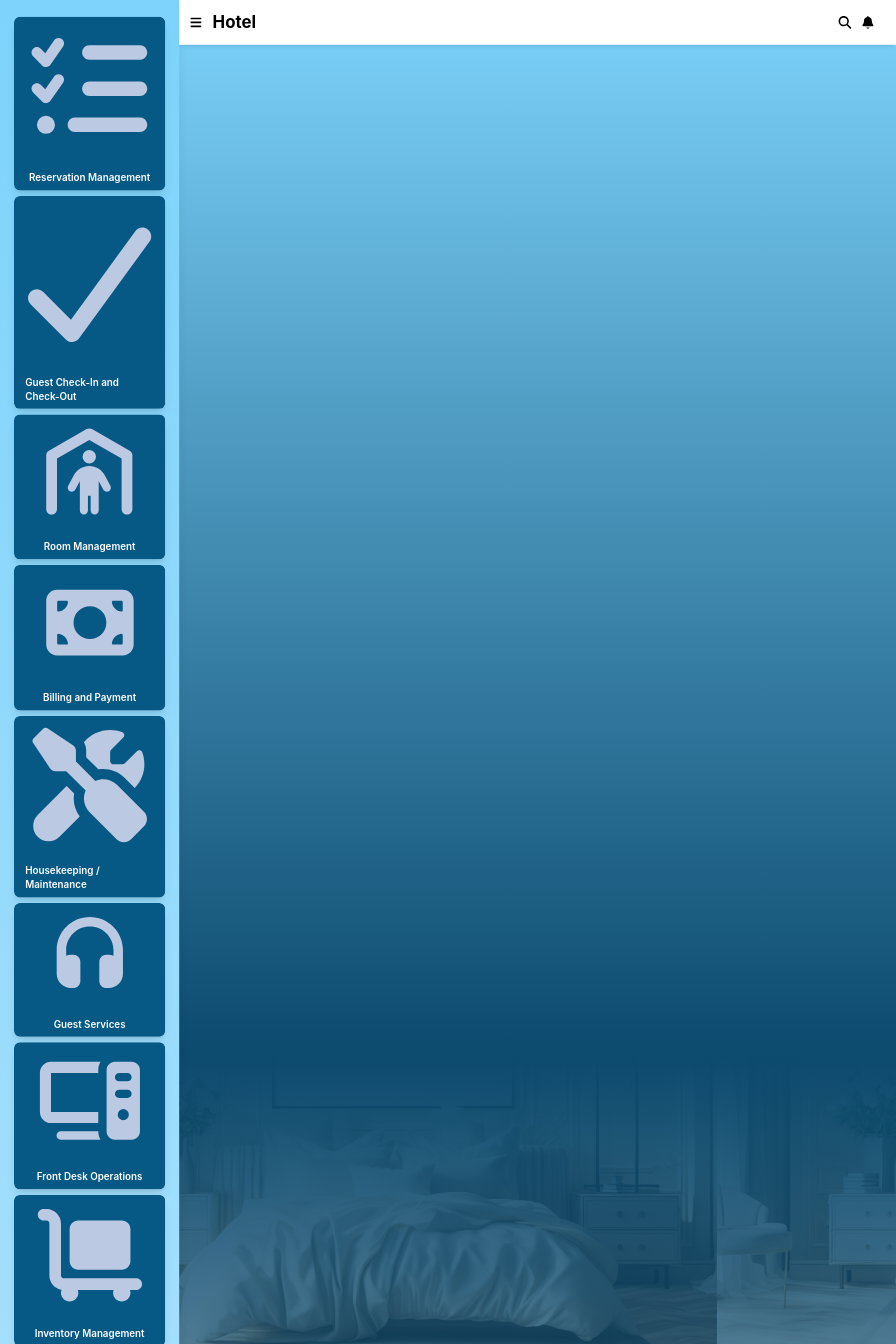
Repository: musabismael/Hotel
Page: /
An editor plug-in stored every save of this project. The page is shown before and after a run of saves, followed by the edit.
The browser window is 1280 px wide. The pictures show the part of the page from y = 0 to 1920 px (the page is 3016 px tall before and 3172 px after), at 70% of full size.
The project was rebuilt for these pictures with package versions that can differ from the ones it lists, and the page was loaded fresh each time. Also part of the build but not shown: vite.config.js, src/App.css, src/pages/ReservationManagement.jsx, src/pages/GuestCheckInOut.jsx, src/pages/RoomManagement.jsx, src/pages/BillingPayment.jsx, src/pages/HousekeepingMaintenance.jsx, src/pages/GuestServices.jsx and 6 more.

Above is the page before, as saved 2023-10-01 19:17:49.

### index.html
<!doctype html>
<html lang="en">
  <head>
    <meta charset="UTF-8" />
    <link rel="icon" type="image/svg+xml" href="/vite.svg" />
    <meta name="viewport" content="width=device-width, initial-scale=1.0" />
    <title>Hotel</title>
  </head>
  <body>
    <div id="root"></div>
    <script type="module" src="/src/main.jsx"></script>
  </body>
</html>

### src/App.jsx
import "./App.css";
import { createBrowserRouter } from "react-router-dom";
import { RouterProvider } from "react-router";
import LandingPageLayout from "./layouts/LandingPageLayout";
import ReservationManagement from "./pages/ReservationManagement";
import GuestCheckInOut from "./pages/GuestCheckInOut";
import RoomManagement from "./pages/RoomManagement";
import BillingPayment from "./pages/BillingPayment";
import HousekeepingMaintenance from "./pages/HousekeepingMaintenance";
import GuestServices from "./pages/GuestServices";
import FrontDeskOperations from "./pages/FrontDeskOperations";
import InventoryManagement from "./pages/InventoryManagement";
import ReportingAnalytics from "./pages/ReportingAnalytics";
import SecurityAccessControl from "./pages/SecurityAccessControl";
import PointOfSale from "./pages/PointOfSale";
import CRM from "./pages/CRM"; // Import the CRM component
const router = createBrowserRouter([
  {
    path: "/",
    element: <LandingPageLayout />,
    children: [
      {
        path: "/reservation_management",
        element: <ReservationManagement />,
      },
      {
        path: "/guestCheckInOut",
        element: <GuestCheckInOut />,
      },
      {
        path: "/billing_and_payment",
        element: <BillingPayment />,
      },
      {
        path: "/room_management",
        element: <RoomManagement />,
      },
      {
        path: "/housekeeping_maintenance",
        element: <HousekeepingMaintenance />,
      },
      {
        path: "/guest_services",
        element: <GuestServices />,
      }, {
        path: "/desk_operations",
        element: <FrontDeskOperations />,
      }, {
        path: "/security_control",
        element: <SecurityAccessControl />,
      },
      {
        path: "/reporting_and_analytics",
        element: <ReportingAnalytics />,
      }, {
        path: "/inventory_management",
        element: <InventoryManagement />,
      },
      {
        path: "/pos",
        element: <PointOfSale />,
      },
      {
        path: "/crm",
        element: <CRM />,
      },
    ],
  },
]);

const App = () => <RouterProvider router={router} />;
export default App;

### src/index.css
@tailwind base;
@tailwind components;
@tailwind utilities;

:root {
  font-family: Inter, system-ui, Avenir, Helvetica, Arial, sans-serif;
  line-height: 1.5;
  font-weight: 400;
  background-image: url("cover.jpeg"), url("cover.jpeg");
  background-color:#397398;

  font-synthesis: none;
  text-rendering: optimizeLegibility;
  -webkit-font-smoothing: antialiased;
  -moz-osx-font-smoothing: grayscale;
  -webkit-text-size-adjust: 100%;
}

### src/layouts/LandingPageLayout.jsx
import { Outlet } from "react-router";
import Header from "../component/Header";
import Sidebar from "../component/Sidebar";
const LandingPageLayout = () => {
  return (
    <div className="flex bg-gradient-to-b from-sky-300 via-sky-900">
      <Sidebar />

      <div className="flex-1">
        <Header />
        <main className="p-4">
          <Outlet />
        </main>
      </div>
    </div>
  );
};

export default LandingPageLayout;

### src/component/Header.jsx
import { FontAwesomeIcon } from "@fortawesome/react-fontawesome";
import { faBars, faBell, faSearch } from "@fortawesome/free-solid-svg-icons";

function Header() {
  return (
    <header className="bg-white shadow-md p-4 flex justify-between items-center sticky top-0 w-full  ">
      <div className="flex items-center">
        <FontAwesomeIcon
          icon={faBars}
          className="text-black mr-4 text-lg color"
        />
        <h1 className="text-2xl font-bold text-black">Hotel</h1>
      </div>
      <div className="flex items-center">
        <FontAwesomeIcon icon={faSearch} className="text-black text-lg mr-4" />
        <FontAwesomeIcon icon={faBell} className="text-black text-lg mr-4" />

        {/* Add other icons or elements on the right side here */}
      </div>
    </header>
  );
}

export default Header;

### src/component/Sidebar.jsx
import Card from "./Card";
import {
  faPersonShelter,
  faListCheck,
  faCheck,
  faMoneyBill,
  faScrewdriverWrench,
  faHeadphones,
  faComputer,
  faCartFlatbed,
  faPersonMilitaryPointing,
  faChartBar,
  faKey,
  faBookmark,
} from "@fortawesome/free-solid-svg-icons";

const Sidebar = () => {
  const cardData = [
    {
      id: 1,
      title: "Reservation Management",
      description:
        "Online booking, availability calendar, and booking modification.",
      icon: faListCheck,
      link: "/reservation_management",
    },
    {
      id: 2,
      title: "Guest Check-In and Check-Out",
      description: "Guest registration, check-out, and key card issuance.",
      icon: faCheck,
      link: "/GuestCheckInOut",
    },
    {
      id: 3,
      title: "Room Management",
      description: "Room assignment, status updates, and inventory tracking.",
      icon: faPersonShelter,
      link: "/room_Management",
    },
    {
      id: 4,
      title: "Billing and Payment",
      description: "Invoicing, payment processing, and split billing.",
      icon: faMoneyBill,
      link: "/billing_and_payment",
    },
    {
      id: 5,
      title: "Housekeeping / Maintenance",
      description:
        "Housekeeping schedule, maintenance requests, and inventory management.",
      icon: faScrewdriverWrench,
      link: "/housekeeping_maintenance",
    },
    {
      id: 6,
      title: "Guest Services",
      description:
        "Concierge services, room service, wake-up calls, and laundry services.",
      icon: faHeadphones,
      link: "/guest_services",
    },
    {
      id: 7,
      title: "Front Desk Operations",
      description: "Guest inquiries, check-in/out, and guest profile access.",
      icon: faComputer,
      link: "/desk_operations",
    },
    {
      id: 8,
      title: "Inventory Management",
      description: "Managing hotel supplies and amenities.",
      icon: faCartFlatbed,
      link: "/inventory_management",
    },
    {
      id: 9,
      title: "Reporting and Analytics",
      description: "Generate reports on occupancy, revenue, and key metrics.",
      icon: faChartBar,
      link: "/reporting_and_analytics",
    },

    {
      id: 10,
      title: "Security and Access Control",
      description: "Surveillance camera integration and access control.",
      icon: faKey,
      link: "/security_control",
    },
    {
      id: 11,
      title: "Point of Sale (POS)",
      description:
        "Integration with on-site restaurants, bars, and gift shops.",
      icon: faBookmark,
      link: "/pos",
    },

    {
      id: 12,
      title: "Customer Relationship Management (CRM)",
      description: "Guest profiles, preferences, and loyalty programs.",
      icon: faPersonMilitaryPointing,
      link: "/crm",
    },

    // Add more service/feature objects here
  ];

  const handleCardClick = (id) => {
    console.log(`Card with ID ${id} clicked`);
  };
  return (
    <aside className="p-4 w-1/5 min-h-screen overflow-y-auto bg-gradient-to-b from-sky-300 to-sky-200 shadow-lg">
      <nav>
        {cardData.map((card) => (
          <Card
            key={card.id}
            link={card.link}
            icon={card.icon}
            title={card.title}
            onClick={() => handleCardClick(card.id)}
          />
        ))}
      </nav>
    </aside>
  );
};

export default Sidebar;

### src/component/Card.jsx
import { Link } from "react-router-dom";
import { FontAwesomeIcon } from "@fortawesome/react-fontawesome";
function Card({ link, icon, title, onClick }) {
  return (
    <div
      className="max-w-sm  mx-1 my-2 cursor-pointer shadow-lg rounded-lg overflow-hidden hover:shadow-xl transition duration-300 transform hover:scale-105"
      onClick={onClick}
    >
      <div className="bg-sky-800 rounded-lg overflow-hidden shadow-lg flex flex-col items-center justify-center">
        <Link to={link} className="text-blue-600 hover:text-blue-800">
          <FontAwesomeIcon
            icon={icon}
            size="2xs"
            className=" w-auto p-5 h-auto object-cover"
            style={{ color: "#bbc9e2" }}
          />

          <div className="px-4 py-2 items-center">
            <h3 className=" text-white text-sm  flex flex-col text-ellipsis items-center font-semibold">
              {title}
            </h3>
            {/* Add more content or description here if needed */}
          </div>
        </Link>
      </div>
    </div>
  );
}

export default Card;

### tailwind.config.js
/** @type {import('tailwindcss').Config} */
export default {
  content: [
    "./index.html",
    "./src/**/*.{js,ts,jsx,tsx}",
  ],
  theme: {
    extend: {
      fontFamily: {
        'custom': ['CustomFont', 'sans'],
      },
      textColor: {
        'custom': '#333333', // Custom text color
      },
    },
  },
  plugins: [],
}

Loaded but not shown: src/main.jsx (common file)

After the next 3 saves:
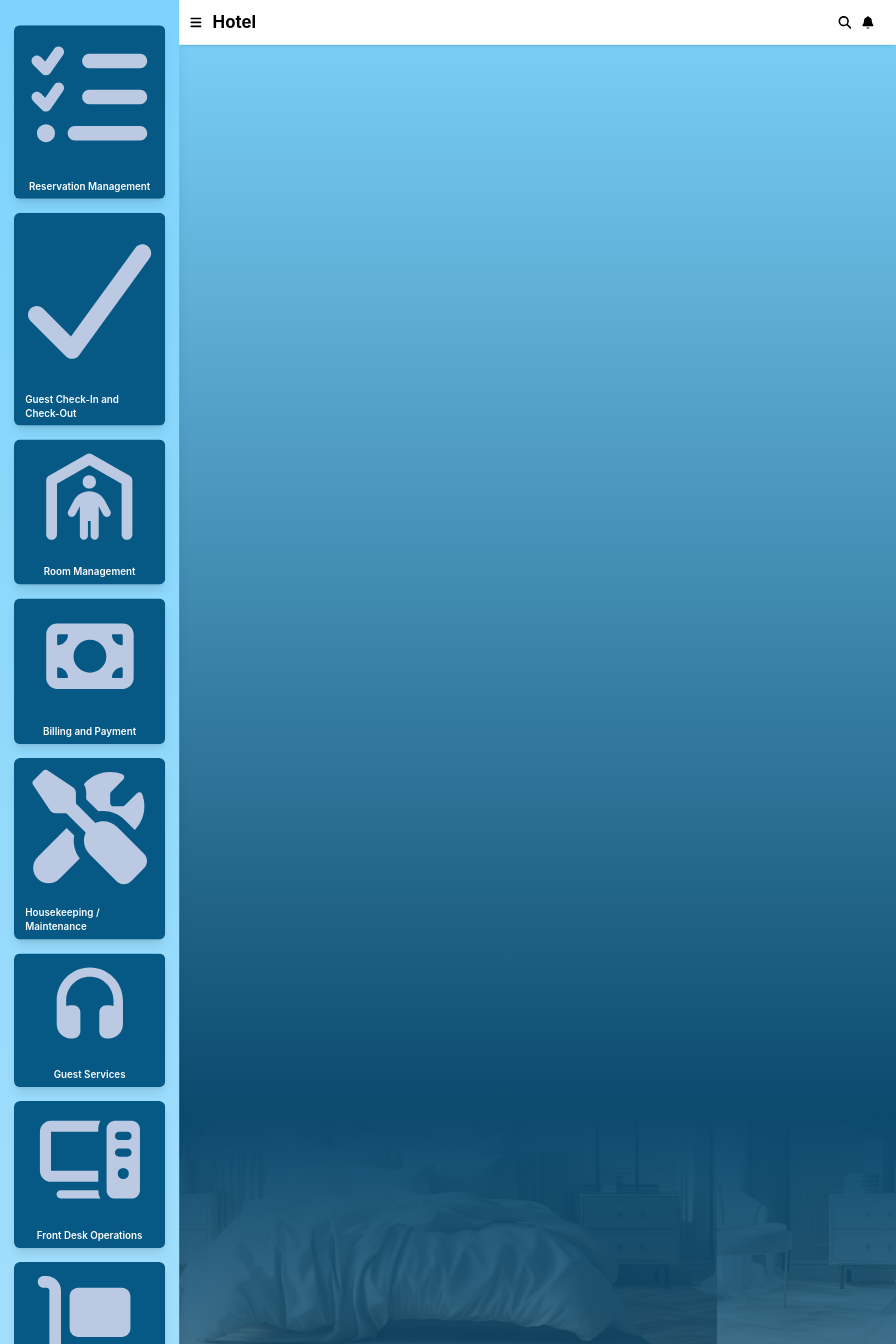
The 3 saves are shown as one change because they came seconds apart.
The last was saved 2 min 30 s later.
--- a/src/component/Card.jsx
+++ b/src/component/Card.jsx
@@ -3,7 +3,7 @@ import { FontAwesomeIcon } from "@fortawesome/react-fontawesome";
 function Card({ link, icon, title, onClick }) {
   return (
     <div
-      className="max-w-sm  mx-1 my-2 cursor-pointer shadow-lg rounded-lg overflow-hidden hover:shadow-xl transition duration-300 transform hover:scale-105"
+      className="max-w-sm  mx-1 my-5 cursor-pointer shadow-lg rounded-lg overflow-hidden hover:shadow-xl transition duration-300 transform hover:scale-105"
       onClick={onClick}
     >
       <div className="bg-sky-800 rounded-lg overflow-hidden shadow-lg flex flex-col items-center justify-center">
